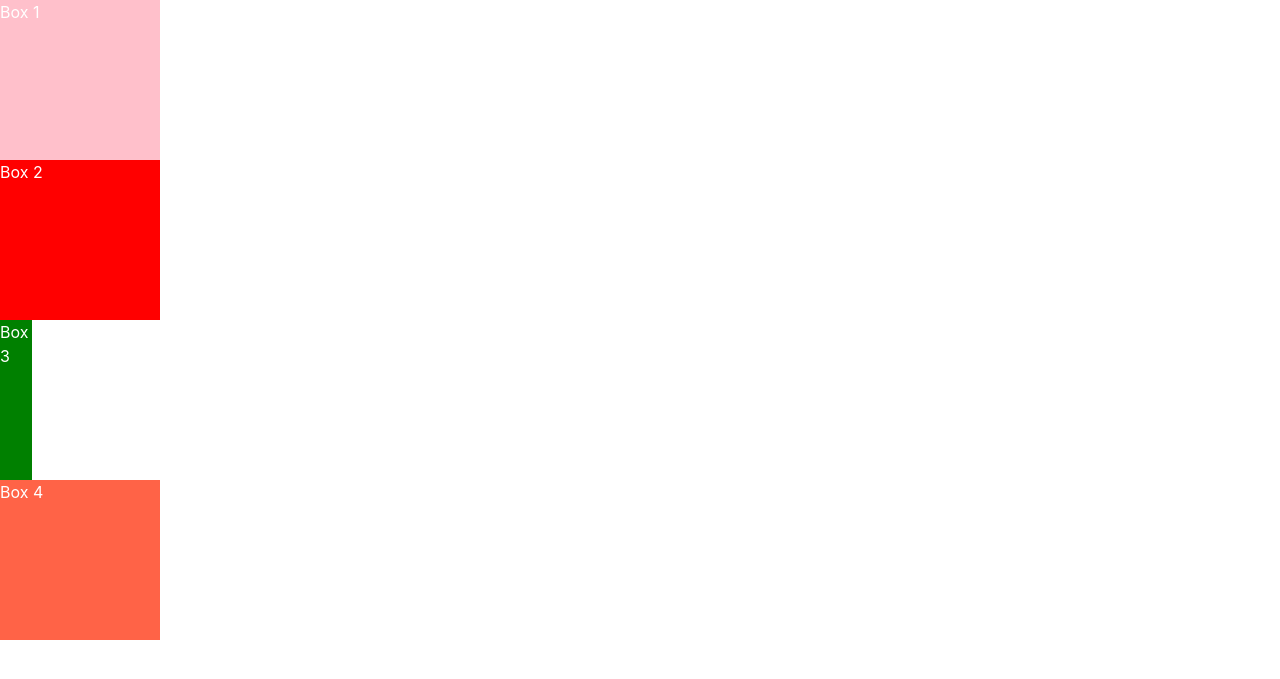
Repository: noutijo/learn-in-depth-chakra-ui
Page: /
The author's editor kept a copy of each file at every save. The page is drawn from the files as they stood at one save, then again after the next save.
The browser window is 1280 px wide. The pictures show the whole page.
The project was rebuilt for these pictures with package versions that can differ from the ones it lists, and the page was loaded fresh each time. Also part of the build but not shown: vite.config.ts.

Above is the page before, as saved 2023-01-30 13:13:44.

After the next save:
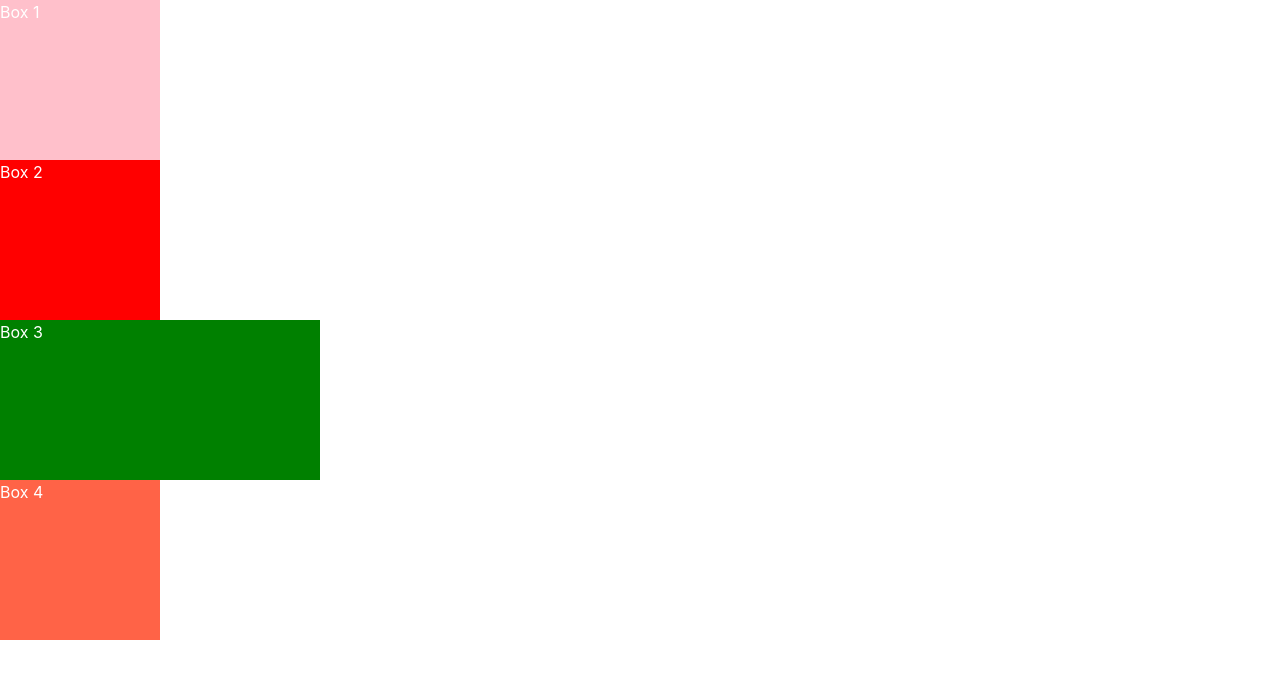
Saved 5 s later.
--- a/src/App.tsx
+++ b/src/App.tsx
@@ -6,7 +6,7 @@ function App() {
     <div className="App">
       <Box bg="pink" w="10rem" h="10rem" color="white"> Box 1</Box>
       <Box bg="red" w="10rem" h="10rem" color="white"> Box 2</Box>
-      <Box bg="green" w="2rem" h="10rem" color="white"> Box 3</Box>
+      <Box bg="green" w="20rem" h="10rem" color="white"> Box 3</Box>
       <Box bg="tomato" w="10rem" h="10rem" color="white"> Box 4</Box>
     </div>
   )
